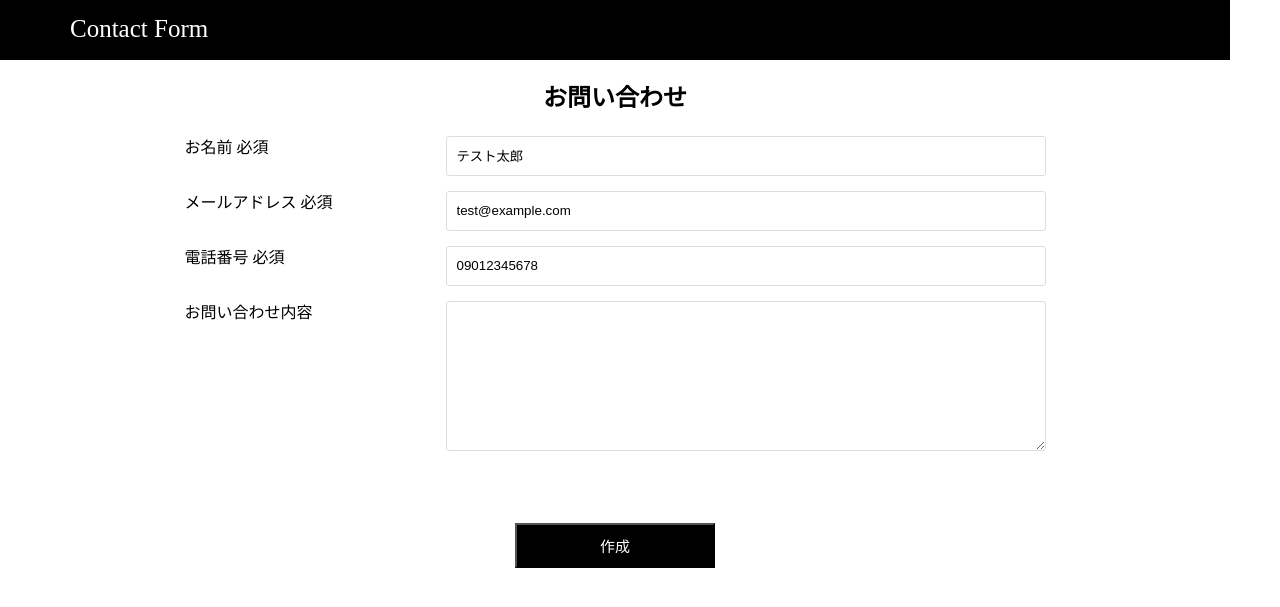
Repository: mayu-ya/my-contact-form
Page: http://localhost/
These files come from the project's save history. The page is drawn as it stood at one moment and after the next save; the edit follows.
The browser window is 1280 px wide. The pictures show the whole page.
The page is served by the project's Laravel application, run on PHP 8.4 with Laravel 8. Other server files are loaded and not shown.

Above is the page before, as saved 2026-01-01 22:21:46.

### src/routes/web.php
<?php

use Illuminate\Support\Facades\Route;
use App\Http\Controllers\ContactController;

/*
|--------------------------------------------------------------------------
| Web Routes
|--------------------------------------------------------------------------
|
| Here is where you can register web routes for your application. These
| routes are loaded by the RouteServiceProvider within a group which
| contains the "web" middleware group. Now create something great!
|
*/

Route::get('/', [ContactController::class,'index']);

### src/app/Http/Controllers/ContactController.php
<?php

namespace App\Http\Controllers;

use Illuminate\Http\Request;

class ContactController extends Controller
{
    public function index()
    {
        return view('index');
    }
}

### src/resources/views/index.blade.php
@extends('layouts.app')

@section('css')
<link rel="stylesheet" href="{{ asset('css/index.css') }}">
@endsection

@section('content')
<div class="content">
    <div class="form-title">
        <h2 class="form-title-con">お問い合わせ</h2>
    </div>

    <form class="form">
        <div class="form-content">
            <div class="form-content-name">
                <span class="form-content-name_na">お名前</span>
                <span class="form-content_re">必須</span>
            </div>
            <div class="form_create">
                <input type="text" name="name" value="テスト太郎">
            </div>
        </div>
        <div class="form-content">
            <div class="form-content-email">
                <span class="form-content-email_em">メールアドレス</span>
                <span class="form-content_re">必須</span>
            </div>
            <div class="form_create">
                <input type="text" name="email" value="test@example.com">
            </div>
        </div>
        <div class="form-content">
            <div class="form-content-tel">
                <span class="form-content-tel_te">電話番号</span>
                <span class="form-content_re">必須</span>
            </div>
            <div class="form_create">
                <input type="text" name="tel" value="09012345678">
            </div>
        </div>
        <div class="form-content">
            <div class="form-content-text">
                <span class="content-text_co">お問い合わせ内容</span>
            </div>
            <div class="form-text_create">
                <textarea name="text" value="資料をいただきたいです"></textarea>
            </div>

        </div>

        <div class="form-button">
            <button class="form-button_create">作成</button>
        </div>
    </form>
</div>
@endsection

### src/resources/views/layouts/app.blade.php
<!DOCTYPE html>
<html lang="ja">
<head>
    <meta charset="UTF-8">
    <meta name="viewport" content="width=device-width, initial-scale=1.0">
    <title>Contact Form</title>
    <link rel="stylesheet" href="{{ asset('css/sanitize.css') }}">
    <link rel="stylesheet" href="{{ asset('css/common.css') }}">
    @yield('css')
</head>
<body>
    <header class="header">
        <div class="header-title">
            <a href="/" class="header-logo">Contact Form</a>
        </div>
    </header>

    <main>
        @yield('content')
    </main>
</body>
</html>

### src/public/css/sanitize.css
/* Document
* ========================================================================== */

/**
* Add border box sizing in all browsers (opinionated).
*/

*,
::before,
::after {
  box-sizing: border-box;
}

/**
* 1. Add text decoration inheritance in all browsers (opinionated).
* 2. Add vertical alignment inheritance in all browsers (opinionated).
*/

::before,
::after {
  vertical-align: inherit;
  /* 2 */
  text-decoration: inherit;
  /* 1 */
}

/**
* 1. Use the default cursor in all browsers (opinionated).
* 2. Change the line height in all browsers (opinionated).
* 3. Use a 4-space tab width in all browsers (opinionated).
* 4. Remove the grey highlight on links in iOS (opinionated).
* 5. Prevent adjustments of font size after orientation changes in
*    IE on Windows Phone and in iOS.
* 6. Breaks words to prevent overflow in all browsers (opinionated).
*/

html {
  word-break: break-word;
  /* 6 */
  -moz-tab-size: 4;
  /* 3 */
  tab-size: 4;
  /* 3 */
  line-height: 1.5;
  /* 2 */
  cursor: default;
  /* 1 */

  -webkit-tap-highlight-color: transparent
    /* 4 */
  ;
  -ms-text-size-adjust: 100%;
  /* 5 */
  -webkit-text-size-adjust: 100%;
  /* 5 */
}

/* Sections
* ========================================================================== */

/**
* Remove the margin in all browsers (opinionated).
*/

body {
  margin: 0;
}

/**
* Correct the font size and margin on `h1` elements within `section` and
* `article` contexts in Chrome, Edge, Firefox, and Safari.
*/

h1 {
  margin: 0.67em 0;
  font-size: 2em;
}

/* Grouping content
* ========================================================================== */

/**
* Remove the margin on nested lists in Chrome, Edge, IE, and Safari.
*/

dl dl,
dl ol,
dl ul,
ol dl,
ul dl {
  margin: 0;
}

/**
* Remove the margin on nested lists in Edge 18- and IE.
*/

ol ol,
ol ul,
ul ol,
ul ul {
  margin: 0;
}

/**
* 1. Add the correct sizing in Firefox.
* 2. Show the overflow in Edge 18- and IE.
*/

hr {
  overflow: visible;
  /* 2 */
  height: 0;
  /* 1 */
}

/**
* Add the correct display in IE.
*/

main {
  display: block;
}

/**
* Remove the list style on navigation lists in all browsers (opinionated).
*/

nav ol,
nav ul {
  padding: 0;
  list-style: none;
}

/**
* 1. Correct the inheritance and scaling of font size in all browsers.
* 2. Correct the odd `em` font sizing in all browsers.
*/

pre {
  font-size: 1em;
  /* 2 */
  font-family: monospace, monospace;
  /* 1 */
}

/* Text-level semantics
* ========================================================================== */

/**
* Remove the gray background on active links in IE 10.
*/

a {
  background-color: transparent;
}

/**
* Add the correct text decoration in Edge 18-, IE, and Safari.
*/

abbr[title] {
  text-decoration: underline;
  text-decoration: underline dotted;
}

/**
* Add the correct font weight in Chrome, Edge, and Safari.
*/

b,
strong {
  font-weight: bolder;
}

/**
* 1. Correct the inheritance and scaling of font size in all browsers.
* 2. Correct the odd `em` font sizing in all browsers.
*/

code,
kbd,
samp {
  font-size: 1em;
  /* 2 */
  font-family: monospace, monospace;
  /* 1 */
}

/**
* Add the correct font size in all browsers.
*/

small {
  font-size: 80%;
}

/* Embedded content
* ========================================================================== */

/*
* Change the alignment on media elements in all browsers (opinionated).
*/

audio,
canvas,
iframe,
img,
svg,
video {
  vertical-align: middle;
}

/**
* Add the correct display in IE 9-.
*/

audio,
video {
  display: inline-block;
}

/**
* Add the correct display in iOS 4-7.
*/

audio:not([controls]) {
  display: none;
  height: 0;
}

/**
* Remove the border on iframes in all browsers (opinionated).
*/

iframe {
  border-style: none;
}

/**
* Remove the border on images within links in IE 10-.
*/

img {
  border-style: none;
}

/**
* Change the fill color to match the text color in all browsers (opinionated).
*/

svg:not([fill]) {
  fill: currentColor;
}

/**
* Hide the overflow in IE.
*/

svg:not(:root) {
  overflow: hidden;
}

/* Tabular data
* ========================================================================== */

/**
* Collapse border spacing in all browsers (opinionated).
*/

table {
  border-collapse: collapse;
}

/* Forms
* ========================================================================== */

/**
* Remove the margin on controls in Safari.
*/

button,
input,
select {
  margin: 0;
}

/**
* 1. Show the overflow in IE.
* 2. Remove the inheritance of text transform in Edge 18-, Firefox, and IE.
*/

button {
  overflow: visible;
  /* 1 */
  text-transform: none;
  /* 2 */
}

/**
* Correct the inability to style buttons in iOS and Safari.
*/

button,
[type="button"],
[type="reset"],
[type="submit"] {
  -webkit-appearance: button;
}

/**
* 1. Change the inconsistent appearance in all browsers (opinionated).
* 2. Correct the padding in Firefox.
*/

fieldset {
  padding: 0.35em 0.75em 0.625em;
  /* 2 */
  border: 1px solid #a0a0a0;
  /* 1 */
}

/**
* Show the overflow in Edge 18- and IE.
*/

input {
  overflow: visible;
}

/**
* 1. Correct the text wrapping in Edge 18- and IE.
* 2. Correct the color inheritance from `fieldset` elements in IE.
*/

legend {
  display: table;
  /* 1 */
  max-width: 100%;
  /* 1 */
  color: inherit;
  /* 2 */
  white-space: normal;
  /* 1 */
}

/**
* 1. Add the correct display in Edge 18- and IE.
* 2. Add the correct vertical alignment in Chrome, Edge, and Firefox.
*/

progress {
  display: inline-block;
  /* 1 */
  vertical-align: baseline;
  /* 2 */
}

/**
* Remove the inheritance of text transform in Firefox.
*/

select {
  text-transform: none;
}

/**
* 1. Remove the margin in Firefox and Safari.
* 2. Remove the default vertical scrollbar in IE.
* 3. Change the resize direction in all browsers (opinionated).
*/

textarea {
  overflow: auto;
  /* 2 */
  margin: 0;
  /* 1 */
  resize: vertical;
  /* 3 */
}

/**
* Remove the padding in IE 10-.
*/

[type="checkbox"],
[type="radio"] {
  padding: 0;
}

/**
* 1. Correct the odd appearance in Chrome, Edge, and Safari.
* 2. Correct the outline style in Safari.
*/

[type="search"] {
  outline-offset: -2px;
  /* 2 */

  -webkit-appearance: textfield;
  /* 1 */
}

/**
* Correct the cursor style of increment and decrement buttons in Safari.
*/

::-webkit-inner-spin-button,
::-webkit-outer-spin-button {
  height: auto;
}

/**
* Correct the text style of placeholders in Chrome, Edge, and Safari.
*/

::-webkit-input-placeholder {
  color: inherit;
  opacity: 0.54;
}

/**
* Remove the inner padding in Chrome, Edge, and Safari on macOS.
*/

::-webkit-search-decoration {
  -webkit-appearance: none;
}

/**
* 1. Correct the inability to style upload buttons in iOS and Safari.
* 2. Change font properties to `inherit` in Safari.
*/

::-webkit-file-upload-button {
  font: inherit;
  /* 2 */

  -webkit-appearance: button;
  /* 1 */
}

/**
* Remove the inner border and padding of focus outlines in Firefox.
*/

::-moz-focus-inner {
  padding: 0;
  border-style: none;
}

/**
* Restore the focus outline styles unset by the previous rule in Firefox.
*/

:-moz-focusring {
  outline: 1px dotted ButtonText;
}

/**
* Remove the additional :invalid styles in Firefox.
*/

:-moz-ui-invalid {
  box-shadow: none;
}

/* Interactive
* ========================================================================== */

/*
* Add the correct display in Edge 18- and IE.
*/

details {
  display: block;
}

/*
* Add the correct styles in Edge 18-, IE, and Safari.
*/

dialog {
  position: absolute;
  right: 0;
  left: 0;
  display: block;
  margin: auto;
  padding: 1em;
  width: -moz-fit-content;
  width: -webkit-fit-content;
  width: fit-content;
  height: -moz-fit-content;
  height: -webkit-fit-content;
  height: fit-content;
  border: solid;
  background-color: white;
  color: black;
}

dialog:not([open]) {
  display: none;
}

/*
* Add the correct display in all browsers.
*/

summary {
  display: list-item;
}

/* Scripting
* ========================================================================== */

/**
* Add the correct display in IE 9-.
*/

canvas {
  display: inline-block;
}

/**
* Add the correct display in IE.
*/

template {
  display: none;
}

/* User interaction
* ========================================================================== */

/*
* 1. Remove the tapping delay in IE 10.
* 2. Remove the tapping delay on clickable elements
in all browsers (opinionated).
*/

a,
area,
button,
input,
label,
select,
summary,
textarea,
[tabindex] {
  -ms-touch-action: manipulation;
  /* 1 */
  touch-action: manipulation;
  /* 2 */
}

/**
* Add the correct display in IE 10-.
*/

[hidden] {
  display: none;
}

/* Accessibility
* ========================================================================== */

/**
* Change the cursor on busy elements in all browsers (opinionated).
*/

[aria-busy="true"] {
  cursor: progress;
}

/*
* Change the cursor on control elements in all browsers (opinionated).
*/

[aria-controls] {
  cursor: pointer;
}

/*
* Change the cursor on disabled, not-editable, or otherwise
* inoperable elements in all browsers (opinionated).
*/

[aria-disabled="true"],
[disabled] {
  cursor: not-allowed;
}

/*
* Change the display on visually hidden accessible elements
* in all browsers (opinionated).
*/

[aria-hidden="false"][hidden] {
  display: initial;
}

[aria-hidden="false"][hidden]:not(:focus) {
  position: absolute;
  clip: rect(0, 0, 0, 0);
}

### src/public/css/common.css
.header {
    background: black;
    height: 60px;
    max-width: 1230px;
}

.header-logo{
    display: block;
    color: white;
    font-size: 25px;
    padding-top: 10px;
    padding-left: 70px;
    text-decoration: none;
    cursor: pointer;
}

### src/public/css/index.css
.content {
    max-width: 1230px;
}

.form-title-con {
    text-align: center;
}

.form {
    margin: 0 auto;
    width: 70%;
    text-align: center;
}

.form-content {
    display: flex;
    justify-content: space-between;
    margin-bottom: 15px;
}

.form_create input,
.form-text_create textarea {
  padding: 10px;
  width: 600px;
  border: 1px solid #ddd;
  border-radius: 3px;

  appearance: none;
}

.form_create input {
    height: 40px;
}

.form-text_create textarea {
    height: 150px;
}

.form-button {
    text-align: center;
    padding: 50px;
}

.form-button_create {
    color: white;
    background: black;
    font-size: 15px;
    width: 200px;
    height: 45px;
    cursor: pointer;
}

Loaded but not shown: src/app/Http/Controllers/Controller.php (common file)

After the next save:
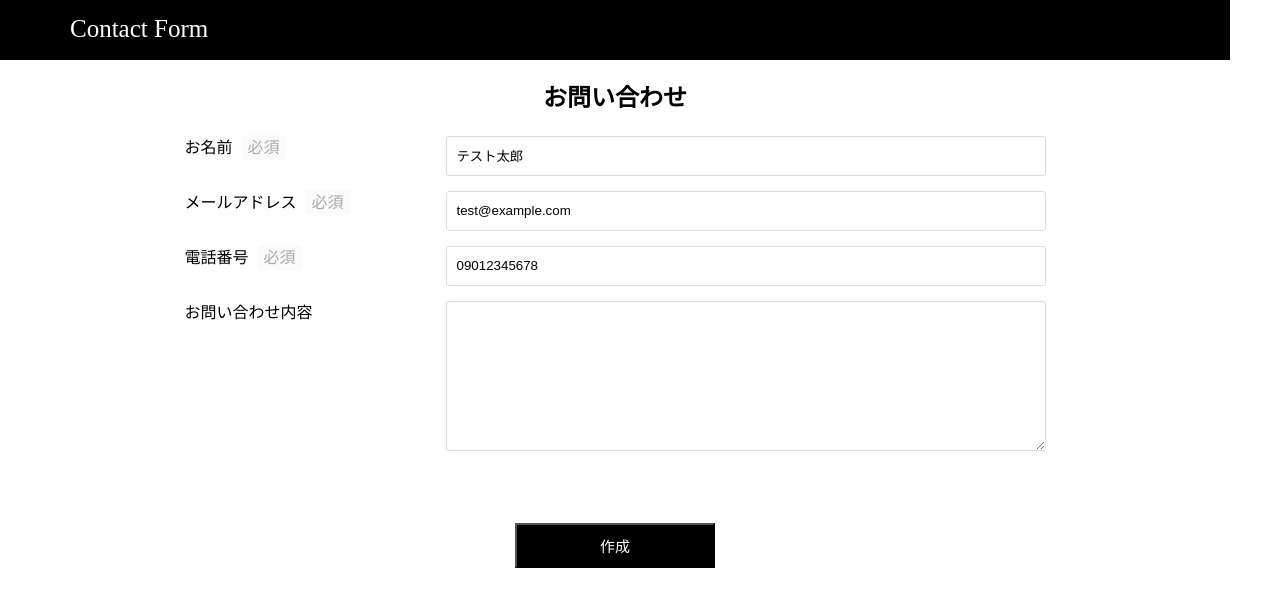
Saved 50 s later.
--- a/src/public/css/index.css
+++ b/src/public/css/index.css
@@ -16,6 +16,14 @@
     display: flex;
     justify-content: space-between;
     margin-bottom: 15px;
+}
+
+.form-content_re {
+    margin-left: 5px;
+    padding: 4px 6px;
+    border-radius: 3px;
+    background: #fafafa;
+    color: #aaa;
 }
 
 .form_create input,
